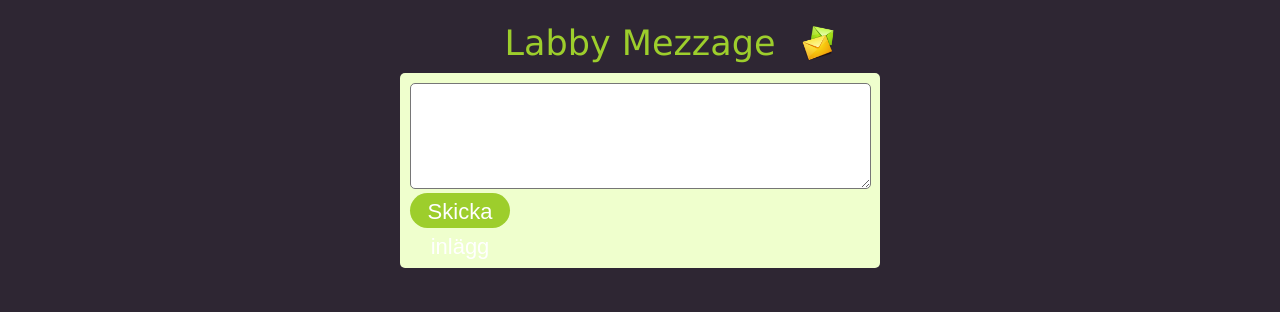
Repository: ad222kr/1dv403-laborationer
Page: 2-labbymezzage/index.html
The author's editor kept a record of every edit. The page is drawn from the files as they stood at one moment, then again after the next edit.
The browser window is 1280 px wide. The pictures show the whole page.

Above is the page before.

### 2-labbymezzage/index.html
<!DOCTYPE HTML>
<html lang="sv">
    <head>
        <meta charset="UTF-8" />
        <title>Laboration 2 - Labby Mezzage!</title>
        <link rel="stylesheet" href="css/style.css" />
        <script src="js/Message.js"></script>
        <script src="js/script.js"></script>
    </head>

    <body>
        <div id ="container">
            <header><h1>Labby Mezzage</h1></header>
            <div id="content">
                <div id="numberofmess"></div>

                <div id="input">
                    <textarea name="textarea"></textarea>
                    <button name="button">Skicka inlägg</button>
                </div>

                <div id="messages"></div>
            </div>
        </div>
    </body>
</html>

### 2-labbymezzage/css/style.css
body{
    background-color: #2E2633; /* Ändra sen */
}

h1{
    color:#9dce2c;
    font-family: Verdana, Helvetica;
    font-size: 35px;
    font-weight: normal;
}

header{
    background-image: url("pics/logo.png");
    background-size: 35px 35px;
    background-repeat: no-repeat;
    background-position: 90%;
    text-align: center;
    height: 40px;
    line-height: 40px;
    margin-bottom:10px;
}

#container{
    width: 480px;
    margin: 0px auto;
}

#content{
    background: #EFFFCD;
    border-color: #000000;
    padding: 10px;
    border-radius: 5px;
    -webkit-border-radius: 5px;
    -moz-border-radius: 5px;


}

#content textarea{
    width: 455px;
    height: 100px;
    -webkit-border-radius: 5px;
    -moz-border-radius: 5px;
    border-radius: 5px;
}

#content button{
    border: 0px;
	background-color:#9dce2c;
	-webkit-border-top-left-radius:42px;
	-moz-border-radius-topleft:42px;
	border-top-left-radius:42px;
	-webkit-border-top-right-radius:42px;
	-moz-border-radius-topright:42px;
	border-top-right-radius:42px;
	-webkit-border-bottom-right-radius:42px;
	-moz-border-radius-bottomright:42px;
	border-bottom-right-radius:42px;
	-webkit-border-bottom-left-radius:42px;
	-moz-border-radius-bottomleft:42px;
	border-bottom-left-radius:42px;
	display:inline-block;
	color:#ffffff;
	font-size:22px;
	font-weight:normal;
	font-style:normal;
	height:35px;
	line-height:35px;
	width:100px;
	text-decoration:none;
	text-align:center;
}

#content button:hover{
    background:-webkit-gradient( linear, left top, left bottom, color-stop(0.05, #8cb82b), color-stop(1, #9dce2c) );
	background:-moz-linear-gradient( center top, #8cb82b 5%, #9dce2c 100% );
	background-color:#8cb82b;
}

#content button:active{
    position: relative;
    top: 1px;
}

### 2-labbymezzage/js/Message.js
function Message(message, date){


    this.getText = function(){
        return message;
    }
    this.setText = function(_text){
        message = _text;
    }
    this.getDate = function(){
        return date;
    }
    this.setDate = function(_date){
        date = _date;
    }
}

Message.prototype.toString = function(){
    return this.getText() +" (" + this.getDate() + " )";
}
Message.prototype.getHTMLtext = function(){
    var htmlText = this.getText();
    return htmlText.replace(/\n/g, "<br />");
}

### 2-labbymezzage/js/script.js
var messsageBoard = {

    messages: [],

    init: function(){
        window.onload;

        var mess = new Message("Hej! \nVad händer?", new Date());
        console.log(mess.getText());
        console.log(mess.getDate());
        console.log(mess.toString());
        console.log(mess.getHTMLtext());
        }
};

messsageBoard.init();

After the next edit:
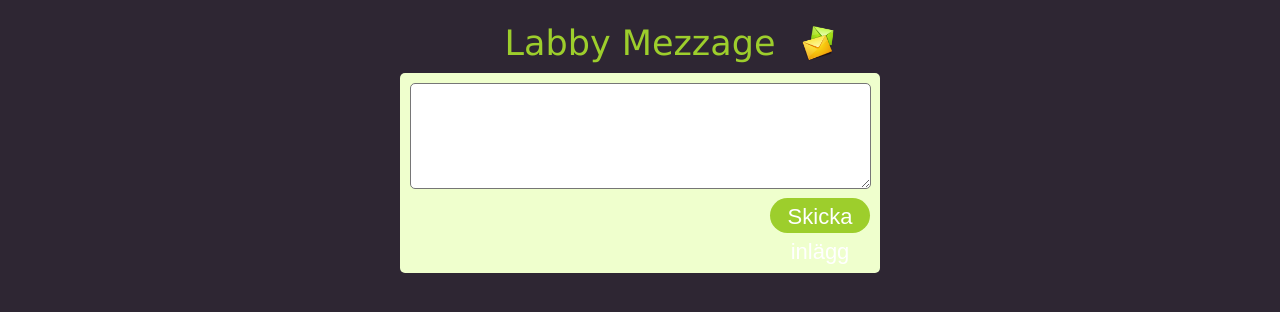
The edit:
--- a/2-labbymezzage/css/style.css
+++ b/2-labbymezzage/css/style.css
@@ -69,6 +69,8 @@
 	width:100px;
 	text-decoration:none;
 	text-align:center;
+	margin-left: 360px;
+	margin-top: 5px;
 }
 
 #content button:hover{
